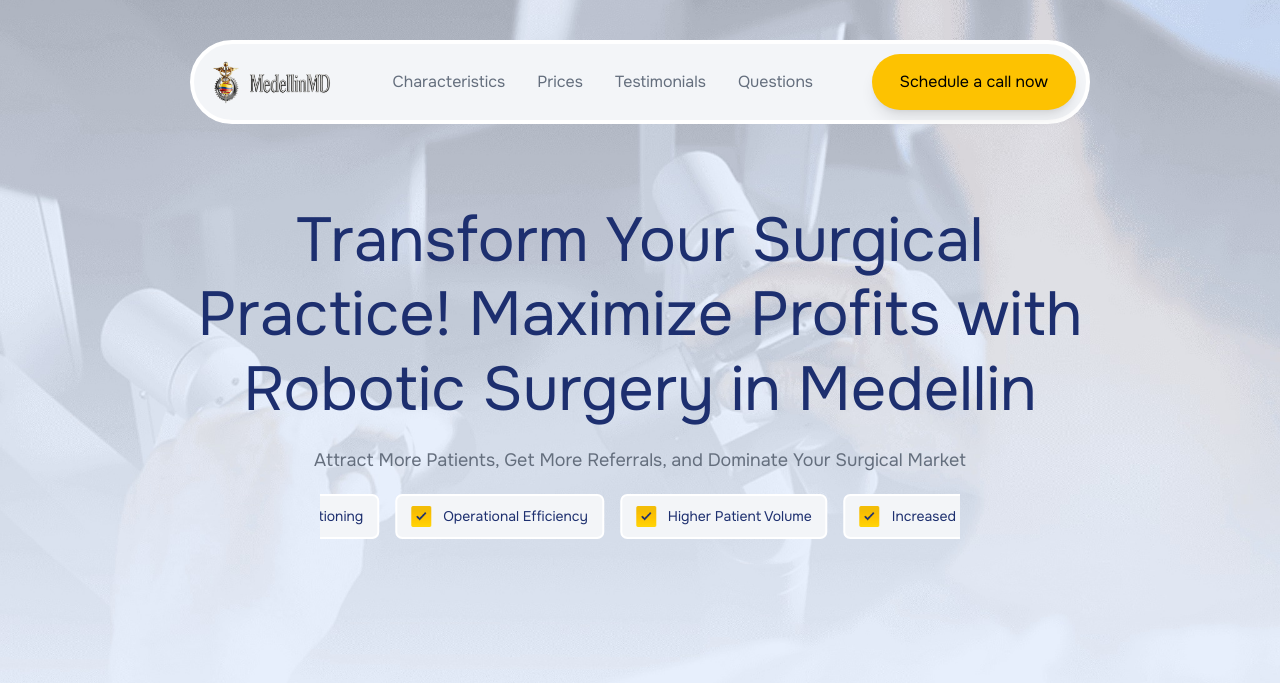
Repository: emmanueltech2019/cmd
Page: /home
An editor plug-in stored every save of this project. The page is shown before and after a run of saves, followed by the edit.
The browser window is 1280 px wide. The pictures show the whole page.
The project was rebuilt for these pictures with package versions that can differ from the ones it lists, and the page was loaded fresh each time. The framework's server and built-in components were replaced by stand-ins that run in the browser. Also part of the build but not shown: next.config.mjs.

Above is the page before, as saved 2025-05-15 16:46:05.

After the next 2 saves:
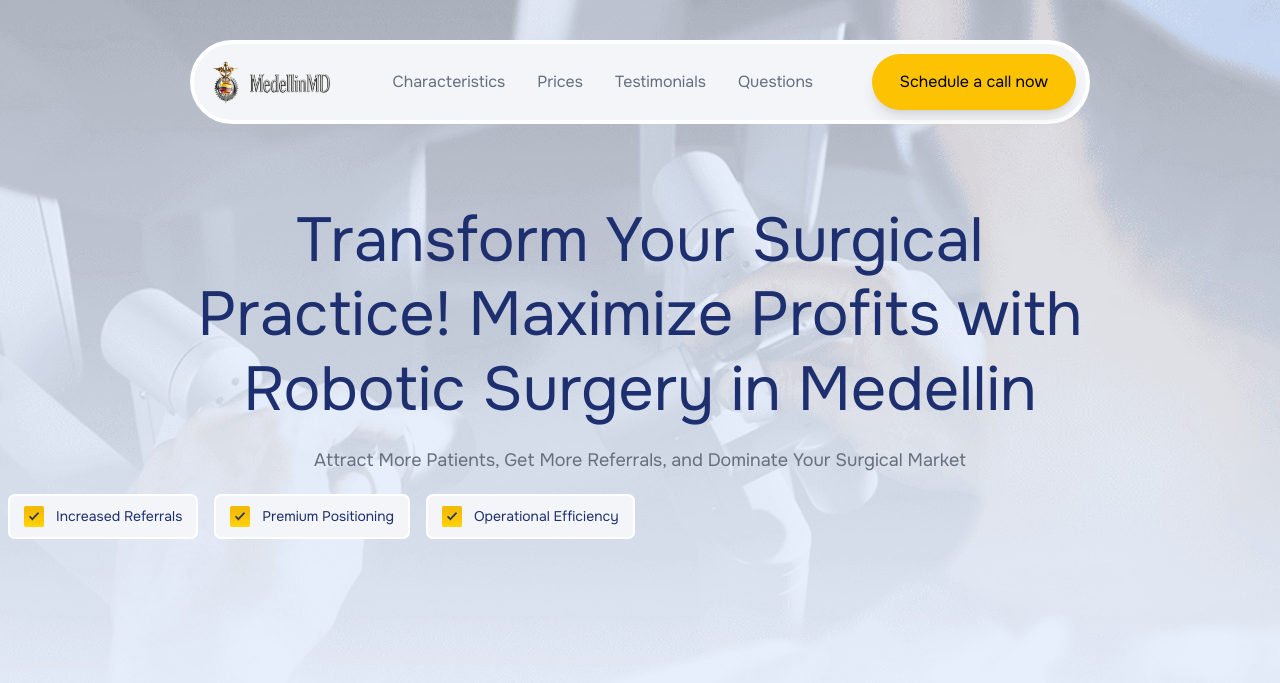
The 2 saves are shown as one change because they came seconds apart.
The last was saved 50 s later.
--- a/src/app/home/page.jsx
+++ b/src/app/home/page.jsx
@@ -49,8 +49,8 @@ const page = () => {
                 <h1 className="text-center text-web-blue text-webhero-font leading-webhero-lineheight">Transform Your Surgical Practice! Maximize Profits with Robotic Surgery in Medellin</h1>
                 <p className='text-websubhero-font text-web-navgray text-center py-5'>Attract More Patients, Get More Referrals, and Dominate Your Surgical Market</p>
             </div>
-            <div className="whitespace-nowrap overflow-hidden w-[50%] mx-auto">
-                <div className="flex whitespace-nowrap animate-slide">
+            <div className="whitespace-nowrap overflow-hidden w-[50%]">
+                <div className="flex whitespace-nowrap">
                     {slideViewData.map((item) => (
                         <SlideView key={`a-${item.id}`}>
                             <div className="flex gap-3">
